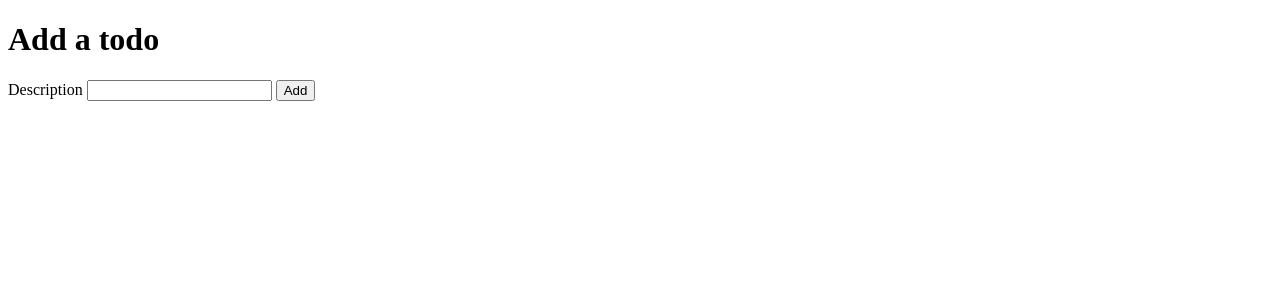
Repository: codelifee/spring-mvc-project
Page: http://localhost/springmvc/add-todo
These files come from the project's save history. The page is drawn as it stood at one moment and after the next save; the edit follows.
The browser window is 1280 px wide. The pictures show the whole page.
The page is served by Tomcat 9. Other server files are loaded and not shown.

Above is the page before, as saved 2020-11-16 06:47:30.

### springmvc/src/main/webapp/WEB-INF/views/todo.jsp
<%@ page language="java" contentType="text/html; charset=EUC-KR"
    pageEncoding="EUC-KR"%>
<!DOCTYPE html>
<html>
<head>
<meta charset="EUC-KR">
<title>Insert title here</title>
</head>
<body>
<div class="container">
<H1>Add a todo</H1>
<form method="post">
	<label>Description</label>
	<input name="desc" type="text"/>
	<input type="submit" value="Add"/>
</form>
</div>


</body>
</html>

After the next save:
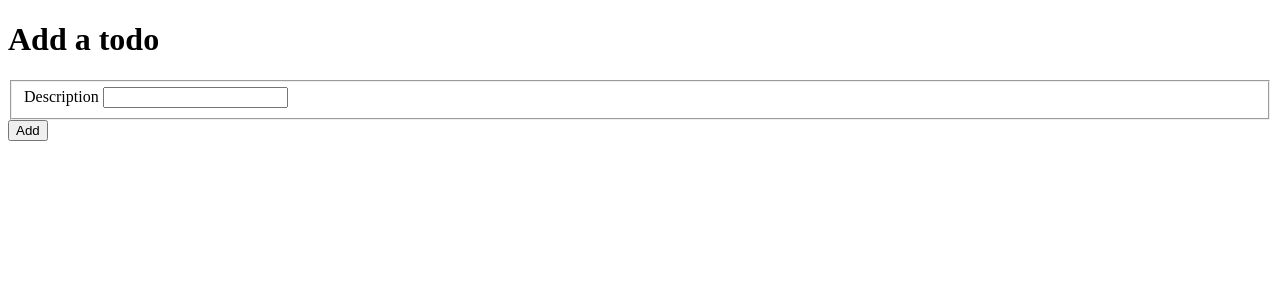
Saved 60 s later.
--- a/springmvc/src/main/webapp/WEB-INF/views/todo.jsp
+++ b/springmvc/src/main/webapp/WEB-INF/views/todo.jsp
@@ -10,8 +10,11 @@
 <div class="container">
 <H1>Add a todo</H1>
 <form method="post">
-	<label>Description</label>
-	<input name="desc" type="text"/>
+	<fieldset>
+		<label>Description</label>
+		<input name="desc" type="text"/>
+	</fieldset>
+		<label></label>
 	<input type="submit" value="Add"/>
 </form>
 </div>
